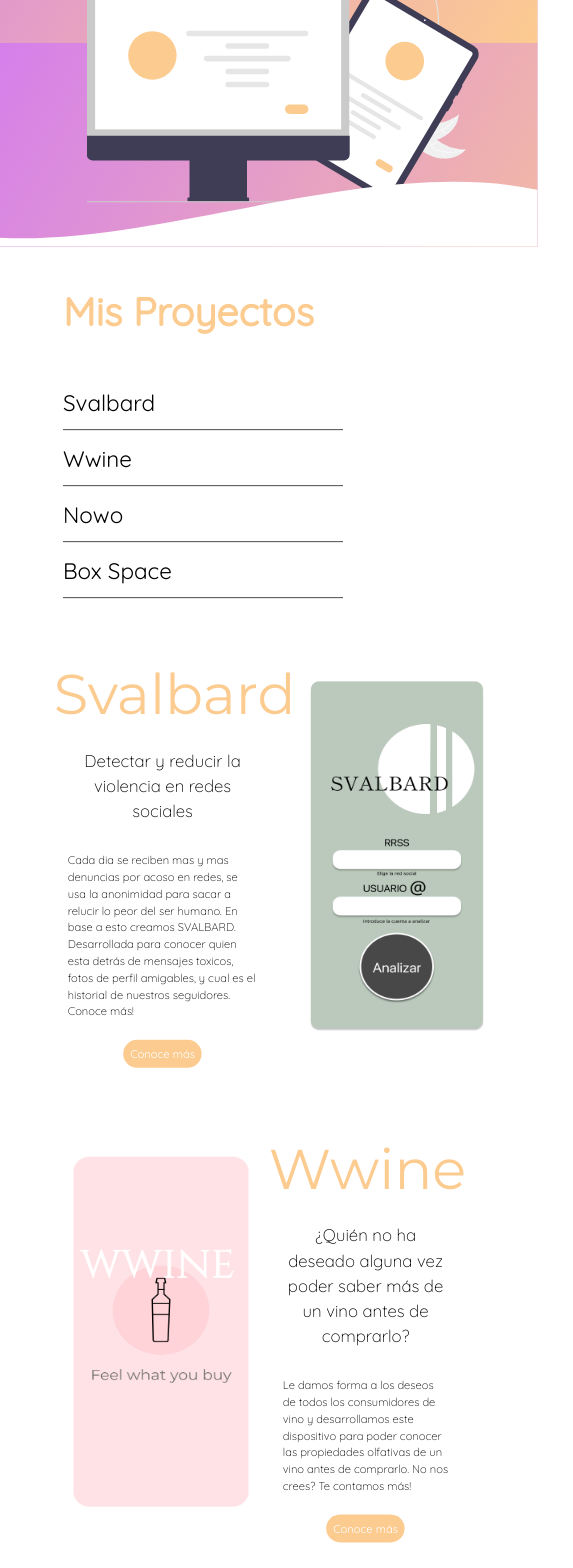
Repository: Marilyncabirta/portfolioHTML
Page: index.html
An editor plug-in stored every save of this project. The page is shown before and after the next save, followed by the edit.
The browser window is 768 px wide. The page is 818 px wide, so the pictures cover 818 px, including what lies to the right of the window. The pictures show the part of the page from y = 738 to 2978 px (the page is 4742 px tall before and 4732 px after), at 70% of full size.
Backgrounds fixed to the window are drawn as part of the page. Some web libraries are served in a nearby version.

Above is the page before, as saved 2022-12-16 13:21:46.

After the next save:
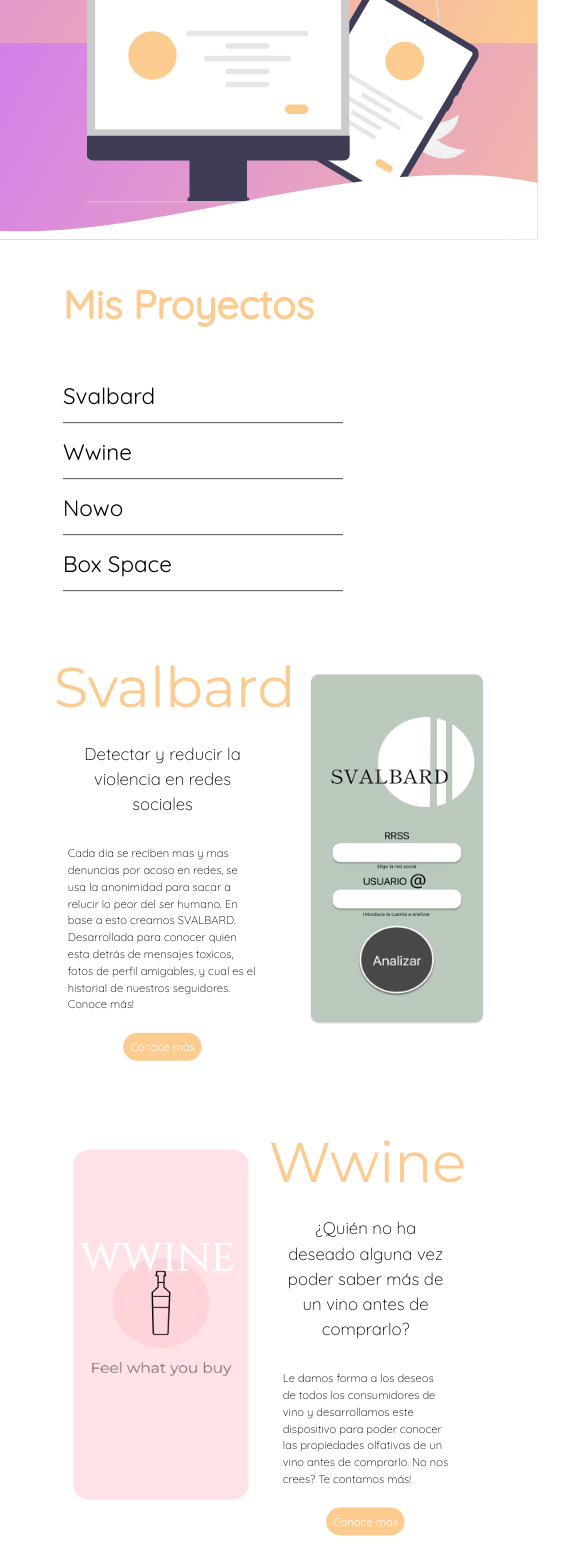
Saved 5 s later.
--- a/css/estilos.css
+++ b/css/estilos.css
@@ -359,7 +359,7 @@ text-decoration: underline;
             grid-template-columns: 1fr ;
             justify-content: center;
             align-items: center;
-            padding-bottom: 20px;
+            padding-bottom: 10px;
             margin: 20px;
 
         }
